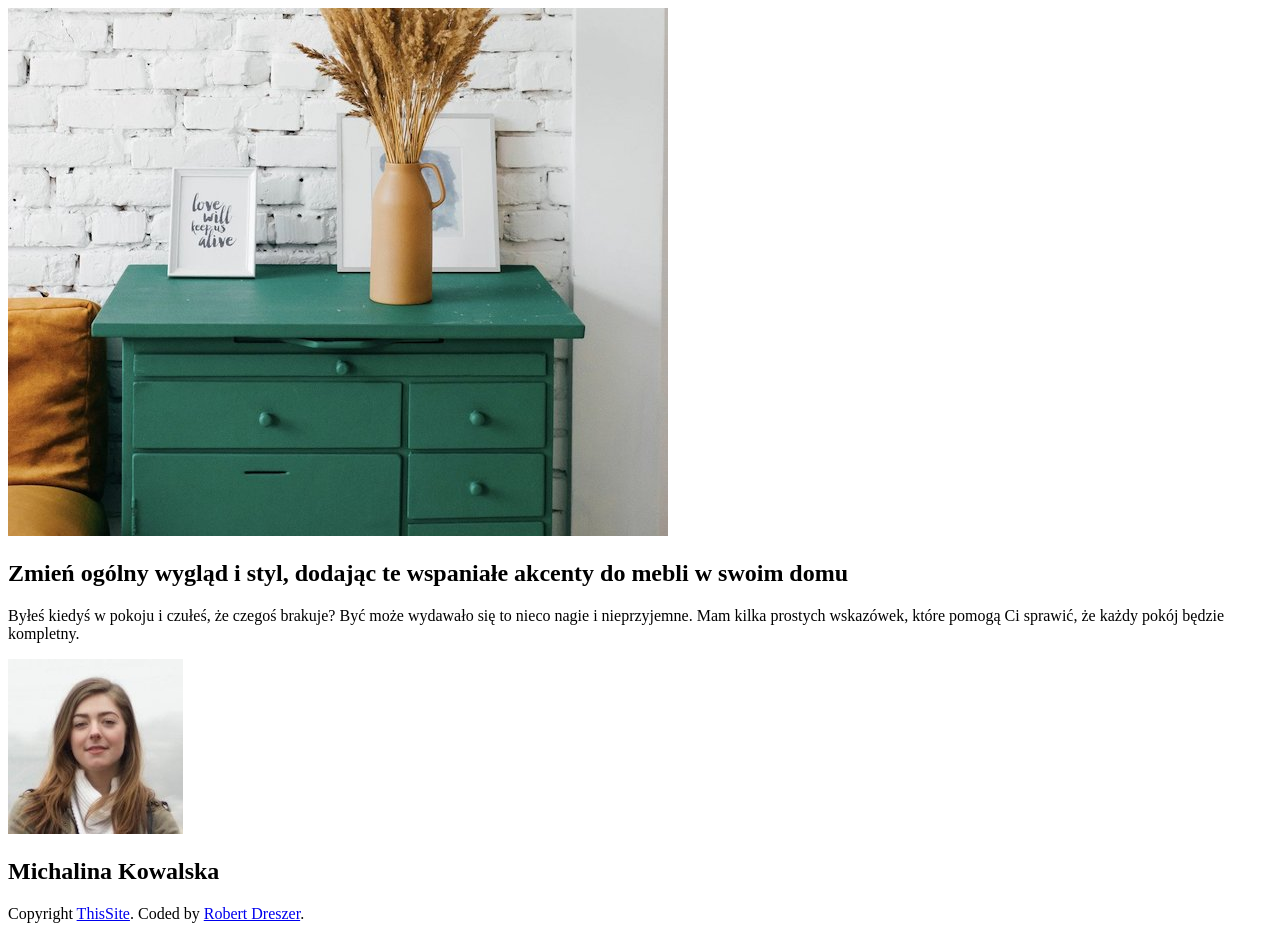
Repository: RobertDsr/komponent-podgl-du-produktu
Page: index.html
The author's editor kept a copy of each file at every save. The page is drawn from the files as they stood at one save, then again after the next save.
The browser window is 1280 px wide. The pictures show the whole page.

Above is the page before, as saved 2022-07-14 11:13:17.

After the next save:
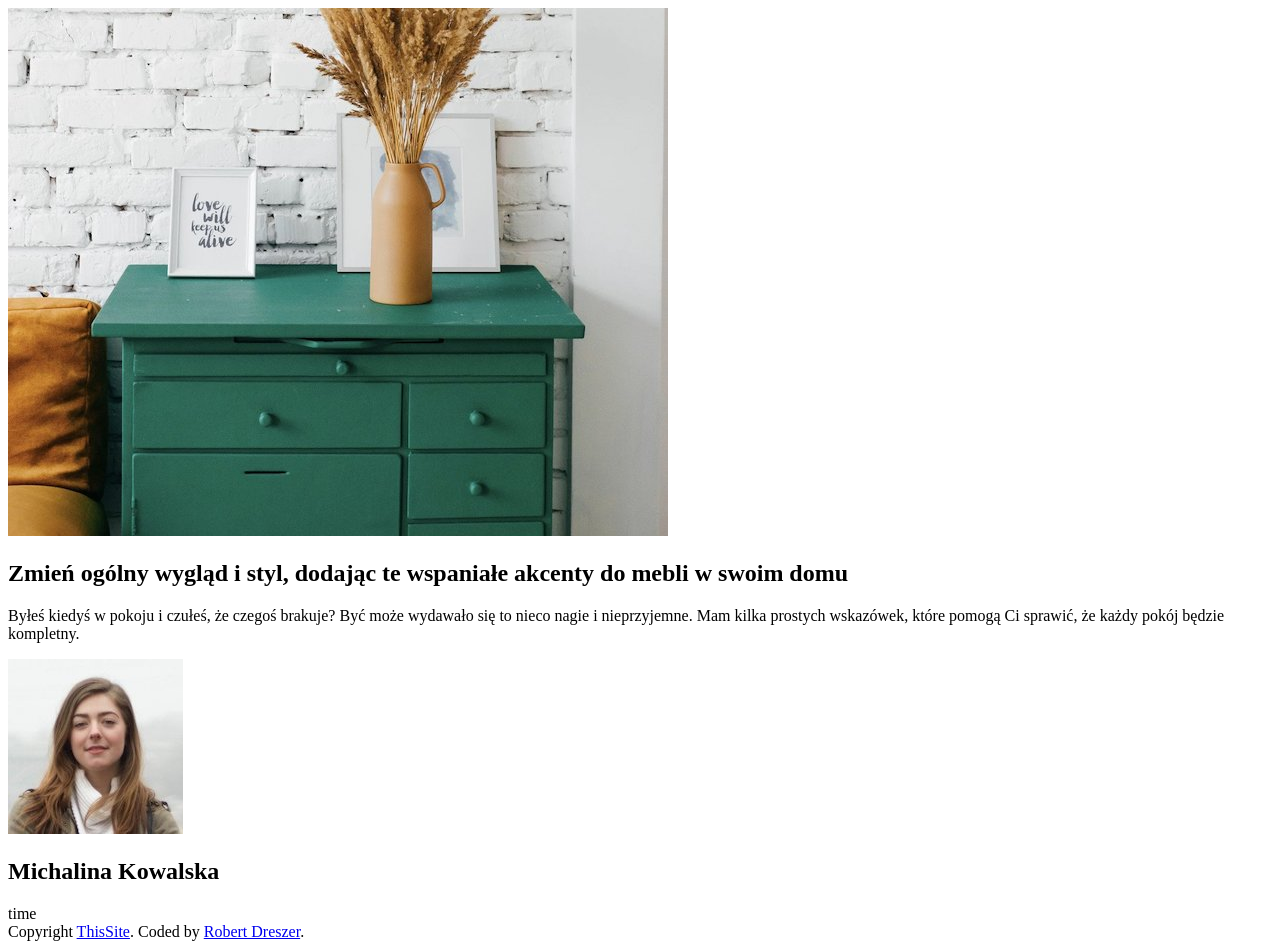
Saved 4 s later.
--- a/index.html
+++ b/index.html
@@ -18,7 +18,7 @@
       <div class="author">
         <img src="./images/avatar-michelle.jpg" alt="Michelle" class="imgAuthor">
         <h2 class="authorName">Michalina Kowalska</h2>
-
+        time
       </div>
     </section>
   </div>

After the save that followed:
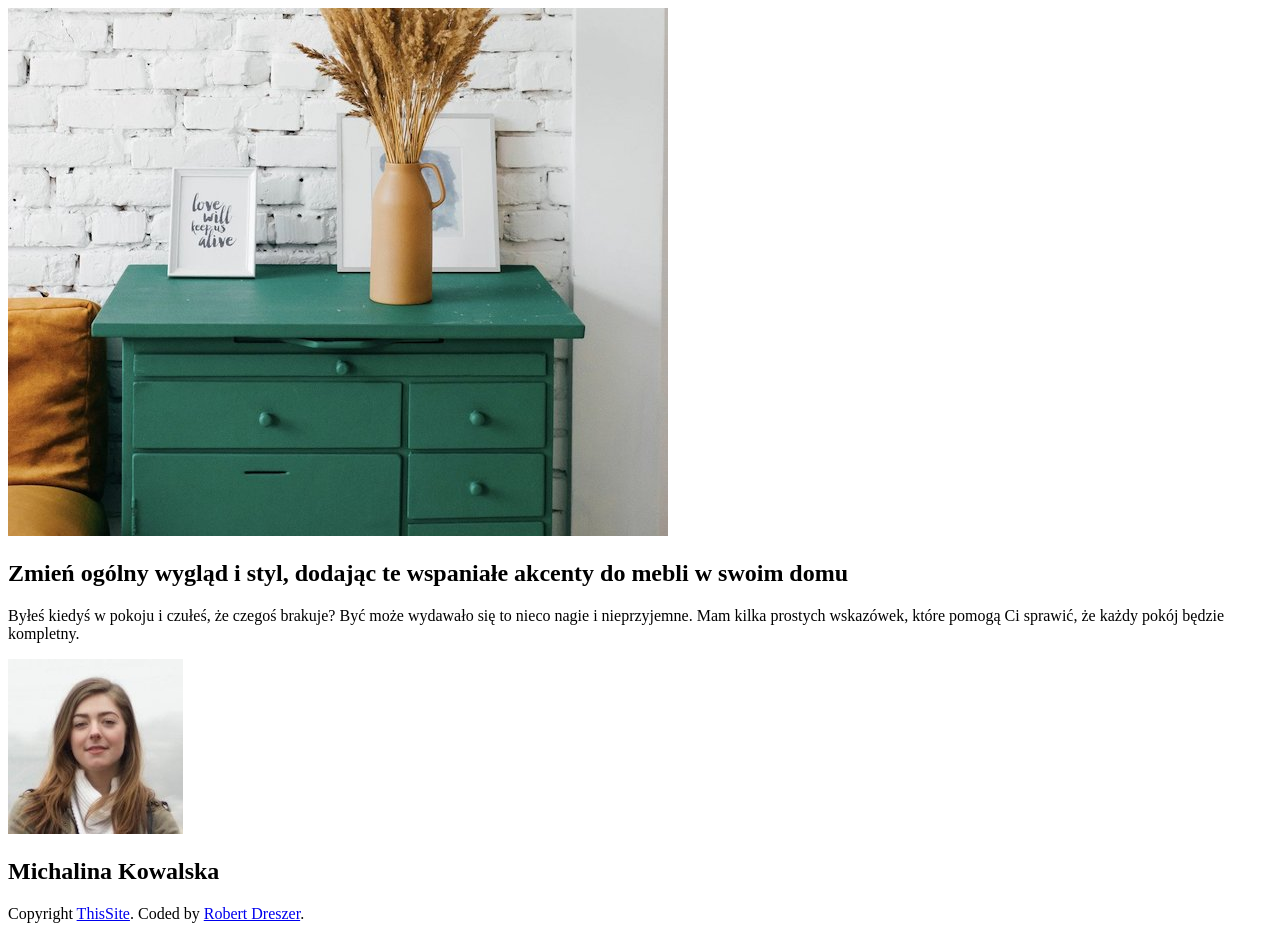
Saved 5 s later.
--- a/index.html
+++ b/index.html
@@ -18,7 +18,7 @@
       <div class="author">
         <img src="./images/avatar-michelle.jpg" alt="Michelle" class="imgAuthor">
         <h2 class="authorName">Michalina Kowalska</h2>
-        time
+        <time
       </div>
     </section>
   </div>
